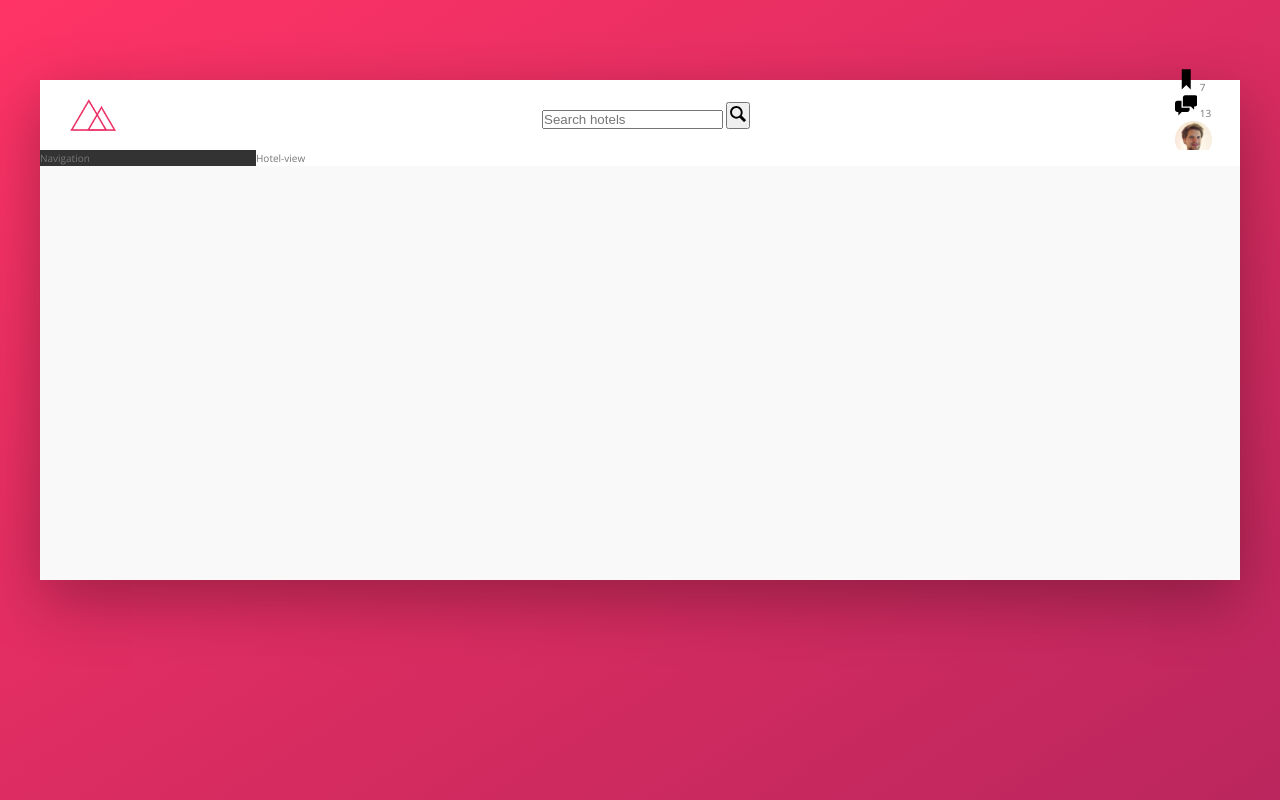
Repository: Lithium87/Trillo
Page: index.html
The author's editor kept a copy of each file at every save. The page is drawn from the files as they stood at one save, then again after the next save.
The browser window is 1280 px wide. The pictures show the whole page.
The style sheet was rebuilt from its Sass, Less or Tailwind sources for each picture, by a compiler version that may differ from the author's.

Above is the page before, as saved 2020-05-15 20:01:39.

### index.html
<!DOCTYPE html>
<html lang="en">

<head>
    <meta charset="UTF-8">
    <meta name="viewport" content="width=device-width, initial-scale=1.0">

    <link href="https://fonts.googleapis.com/css?family=Open+Sans:300,400,600" rel="stylesheet">
    <link rel="stylesheet" href="css/style.css">
    <link rel="shortcut icon" type="image/png" href="img/favicon.png">

    <title>trillo &mdash; Your all-in-one booking app</title>
</head>

<body>
    <div class="container">
        <header class="header">
            <img src="img/logo.png" alt="Trillo logo" class="logo">
            <form action="#" class="search">
                <input type="text" class="search__input" placeholder="Search hotels">
                <button class="search__button">
                    <svg class="search__icon">
                        <use xlink:href="img/sprite.svg#icon-magnifying-glass"></use>
                    </svg>
                </button>
            </form>

            <nav class="user-nav">
                <div class="user-nav__icon-box">
                    <svg class="user-nav__icon">
                        <use xlink:href="img/sprite.svg#icon-bookmark"></use>
                    </svg>
                    <span class="user-nav__notification">7</span>
                </div>
                <div class="user-nav__icon-box">
                    <svg class="user-nav__icon">
                        <use xlink:href="img/sprite.svg#icon-chat"></use>
                    </svg>
                    <span class="user-nav__notification">13</span>
                </div>
                <div class="user-nav__user">
                    <img src="img/user.jpg" alt="User photo" class="user-nav__user-photo">
                    <span class="user-nav__user-name">Jonas</span>
                </div>
            </nav>
        </header>
        <div class="content">
            <nav class="sidebar">
                Navigation
            </nav>
            <main class="hotel-view">
                Hotel-view
            </main>
        </div>
    </div>
</body>

</html>

### sass/_base.scss
:root {
    --color-primary: #eb2f64;
    --color-primary-light: #FF3366;
    --color-primary-dark: #BA265D;
    --color-grey-light-1: #faf9f9;
    --color-grey-light-2: #f4f2f2;
    --color-grey-light-3: #f0eeee;
    --color-grey-light-4: #ccc;
    --color-grey-dark-1: #333;
    --color-grey-dark-2: #777;
    --color-grey-dark-3: #999;
    --shadow-dark: 0 2rem 6rem rgba(0, 0, 0, .3);
}

* {
    margin: 0;
    padding: 0;
}

*,
*::before,
*::after {
    box-sizing: inherit;
}

html {
    box-sizing: border-box;
    font-size: 62.5%; // 1rem = 10px
}

body {
    font-family: 'Open Sans', sans-serif;
    font-weight: 400;
    line-height: 1.6;
    color: var(--color-grey-dark-2);
    background-image: linear-gradient(to right bottom, var(--color-primary-light), var(--color-primary-dark));
    background-size: cover;
    background-repeat: no-repeat;
    min-height: 100vh;
}

### sass/_layout.scss
.container {
    max-width: 120rem;
    margin: 8rem auto;
    background-color: var(--color-grey-light-1);
    box-shadow: var(--shadow-dark);
    min-height: 50rem;
}

.header {
    height: 7rem;
    background-color: #fff;
    border-bottom: var(--color-grey-light-2);
    display: flex;
    justify-content: space-between;
    align-items: center;
}

.content {
    display: flex;
}

.sidebar {
    background-color: var(--color-grey-dark-1);
    flex: 0 0 18%;
}

.hotel-view {
    background-color: #fff;
    flex: 1;
}

### sass/_components.scss
///////////////////////
//LOGO
.logo {
    height: 3.25rem;
    margin-left: 3rem;
}

///////////////////////
//SEARCH BOX
.search {
    &__input {}
    &__button {}
    &__icon {
        height: 2rem;
        width: 2rem;
    }
}

///////////////////////
//USER NAVIGATION
.user-nav {
    &__icon-box {}
    &__icon {
        height: 2.25rem;
        width: 2.25rem;
    }
    &__notification {}
    &__user {}
    &__user-photo {
        height: 3.75rem;
        border-radius: 50%;
    }
    &__user-name {}
}

Loaded but not shown: sass/main.scss (common file)

After the next save:
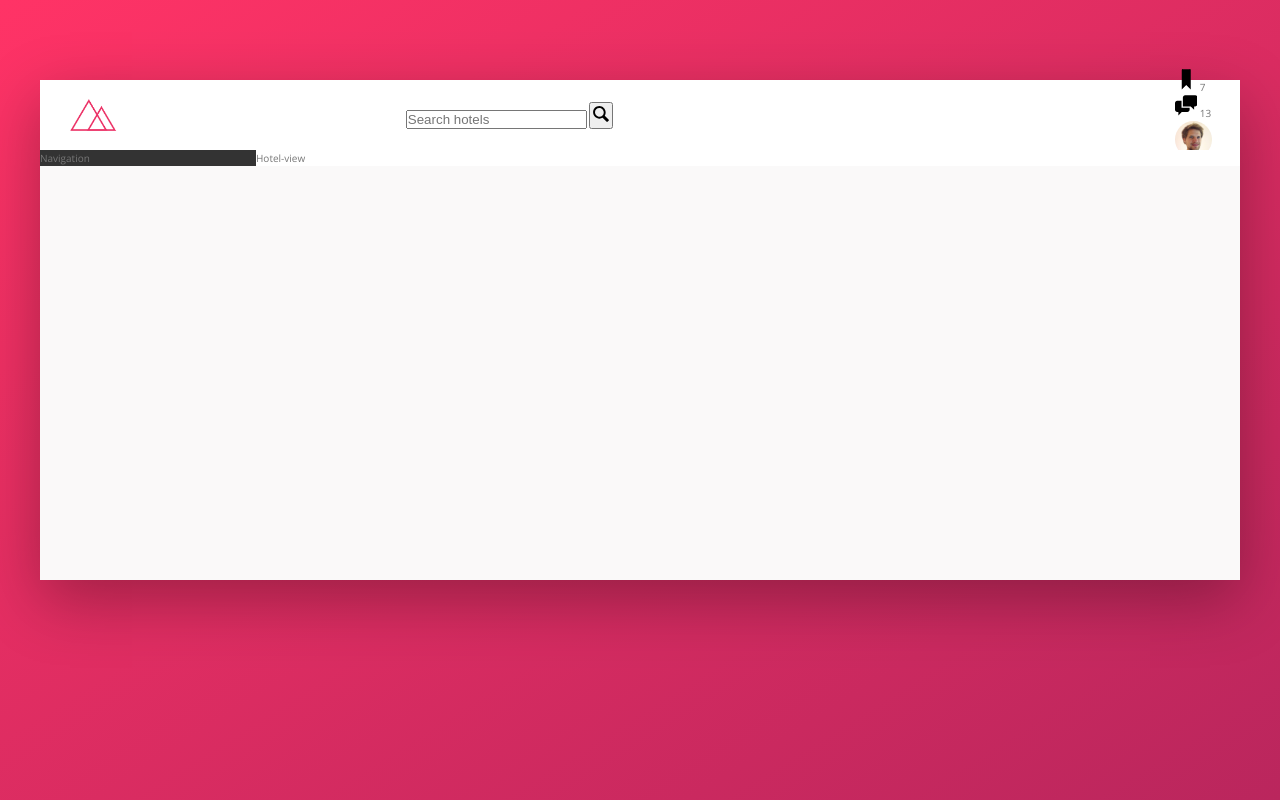
Saved 88 s later.
--- a/sass/_components.scss
+++ b/sass/_components.scss
@@ -8,6 +8,7 @@
 ///////////////////////
 //SEARCH BOX
 .search {
+    flex: 0 0 40%;
     &__input {}
     &__button {}
     &__icon {
